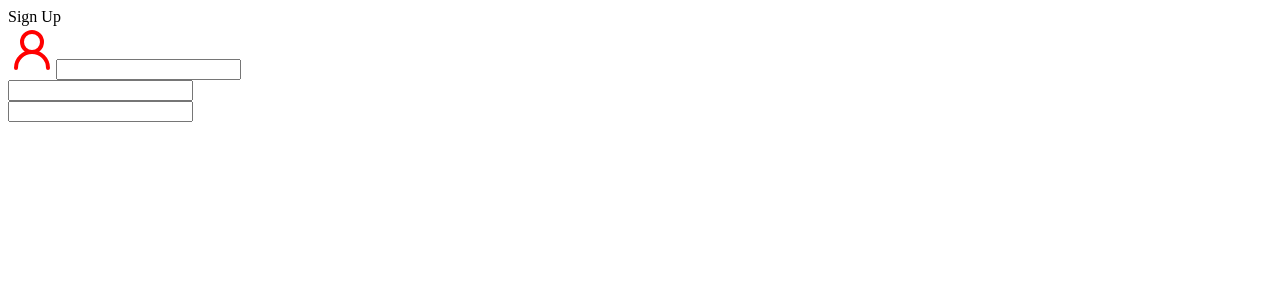
Repository: guilhermecardoso93/login-page
Page: /
The author's editor kept a copy of each file at every save. The page is drawn from the files as they stood at one save, then again after the next save.
The browser window is 1280 px wide. The pictures show the whole page.
The project was rebuilt for these pictures with package versions that can differ from the ones it lists, and the page was loaded fresh each time. Also part of the build but not shown: vite.config.js, src/components/Login/Login.css, src/index.css.

Above is the page before, as saved 2024-10-22 19:09:10.

### index.html
<!doctype html>
<html lang="en">
  <head>
    <meta charset="UTF-8" />
    <link rel="icon" type="image/svg+xml" href="" />
    <meta name="viewport" content="width=device-width, initial-scale=1.0" />
    <title>Login | SignUp</title>
  </head>
  <body>
    <div id="root"></div>
    <script type="module" src="/src/main.jsx"></script>
  </body>
</html>

### src/App.jsx
import { Login } from "./components/Login/Login";

export default function App() {
  return (
    <>
      <Login />
    </>
  );
}

### src/components/Login/Login.jsx
import { UserRound } from "lucide-react";
import "./Login.css";

export const Login = () => {
  return (
    <div className="container">
      <header>
        <span>Sign Up</span>
        <div className="underline"></div>
      </header>{" "}
      <div className="inputs">
        <div className="input">
          <UserRound color="red" size={48} />
          <input type="text" />
        </div>
        <div className="input">
          <input type="email" />
        </div>
        <div className="input">
          <input type="password" />
        </div>
      </div>
    </div>
  );
};

Loaded but not shown: src/main.jsx (common file)

After the next save:
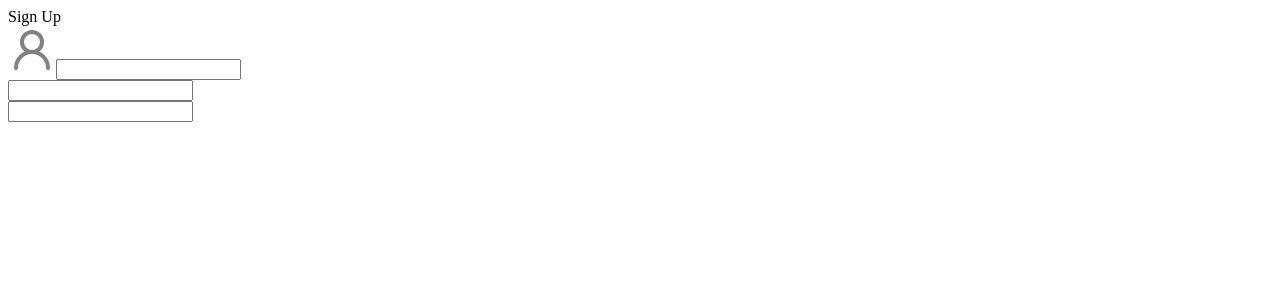
Saved 9 s later.
--- a/src/components/Login/Login.jsx
+++ b/src/components/Login/Login.jsx
@@ -10,7 +10,7 @@ export const Login = () => {
       </header>{" "}
       <div className="inputs">
         <div className="input">
-          <UserRound color="red" size={48} />
+          <UserRound color="gray" size={48} />
           <input type="text" />
         </div>
         <div className="input">
